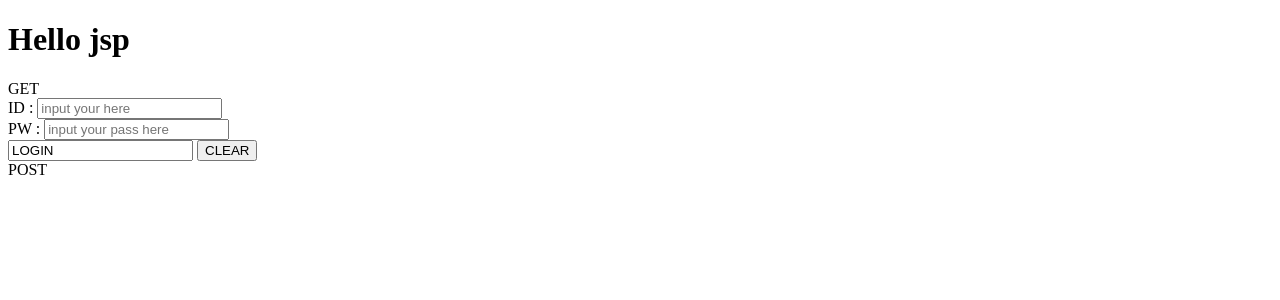
Repository: Vipper105/Restaurant_project
Page: webShop/WebContent/index.html
These files come from the project's save history. The page is drawn as it stood at one moment and after the next save; the edit follows.
The browser window is 1280 px wide. The pictures show the whole page.

Above is the page before, as saved 2020-08-10 09:28:36.

### webShop/WebContent/index.html
<!DOCTYPE html>
<html>
<head>
<meta charset="ISO-8859-1">
<title>Req & Res demo</title>
</head>
<body>

<h1>Hello jsp</h1>

<div>
	GET <br/>
	<!--   process url mapped to servlet, nếu có dấu / thì sẽ bắt nguồn từ ROOT -->
	<form method="get" action="/login">
		ID : <input type="text" name="uname" placeholder="input your here">
		<br/>
		PW : <input type="password" name="upass" placeholder="input your pass here">
		<br/>
		<input type="sumit" value="LOGIN">
		<input type="reset" value="CLEAR">
	</form>
</div>

<div>
	POST<br/>
	<form method="post" action="login2"></form>
</div>


</body>
</html>

After the next save:
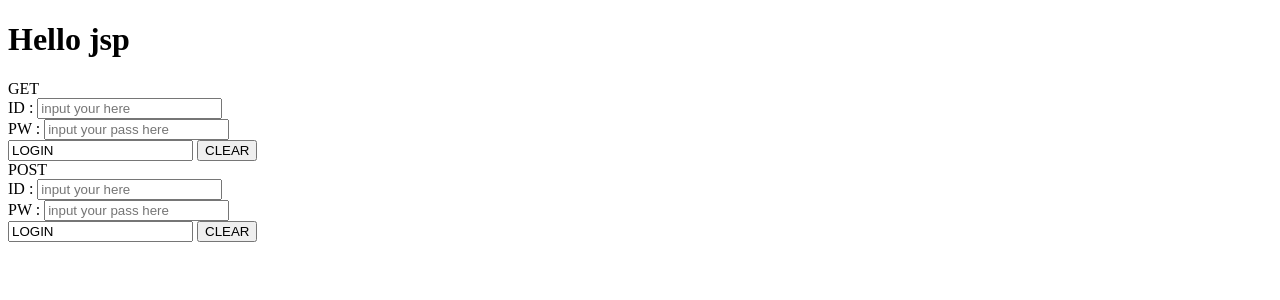
Saved 3 min 6 s later.
--- a/webShop/WebContent/index.html
+++ b/webShop/WebContent/index.html
@@ -23,7 +23,14 @@
 
 <div>
 	POST<br/>
-	<form method="post" action="login2"></form>
+	<form method="post" action="login2">
+		ID : <input type="text" name="uname" placeholder="input your here">
+		<br/>
+		PW : <input type="password" name="upass" placeholder="input your pass here">
+		<br/>
+		<input type="sumit" value="LOGIN">
+		<input type="reset" value="CLEAR">
+	</form>
 </div>
 
 
